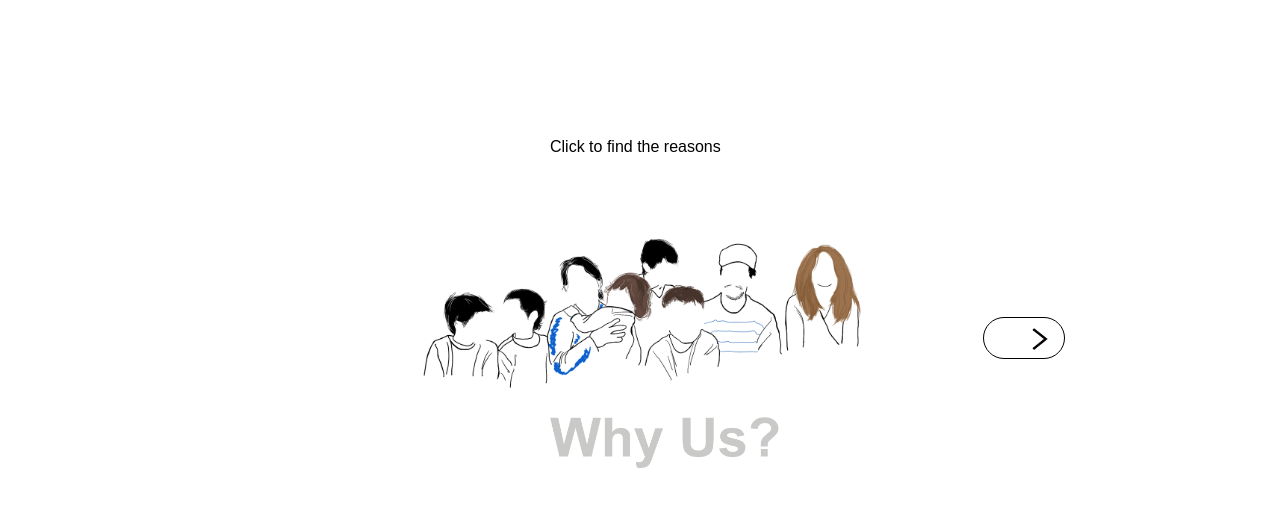
Repository: Lettie123/webpr4
Page: dis.html
These files come from the project's save history. The page is drawn as it stood at one moment and after the next save; the edit follows.
The browser window is 1280 px wide. The pictures show the whole page.

Above is the page before, as saved 2020-12-03 12:40:57.

After the next save:
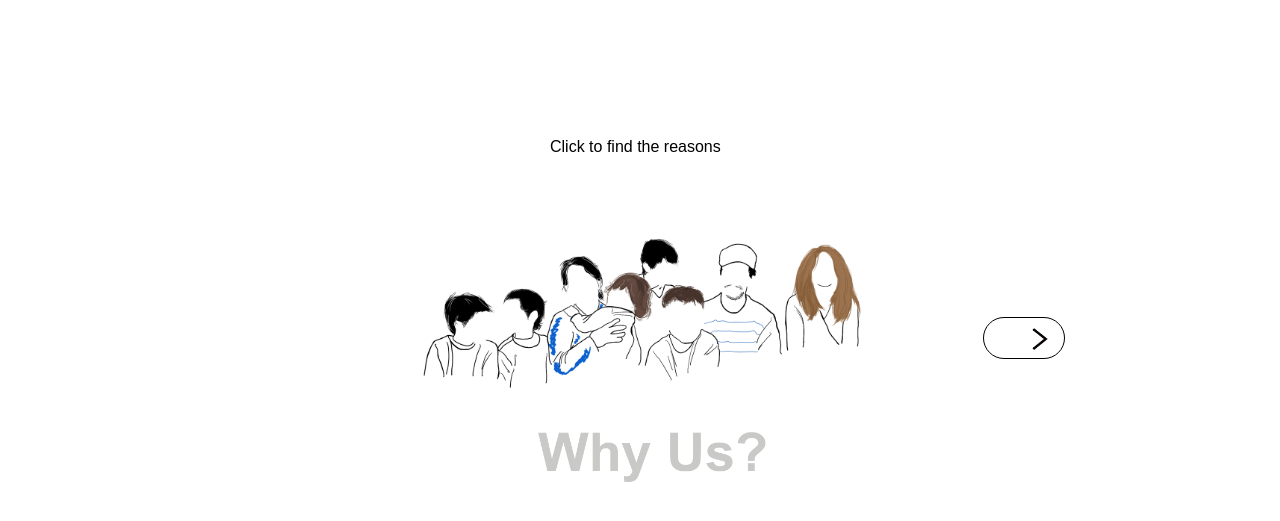
Saved 8 s later.
--- a/dis.html
+++ b/dis.html
@@ -18,7 +18,7 @@
             <img src="po/28.png" style="width:100% ;" >
         </span>
         </div>
-        <div id="whyus"style="width:18%; position:absolute; top:57%; left:43%;">
+        <div id="whyus"style="width:18%; position:absolute; top:59%; left:42%;">
             <span>
                 <img src="txt/whyus0.png" style="width:100% ;" >
             </span>
